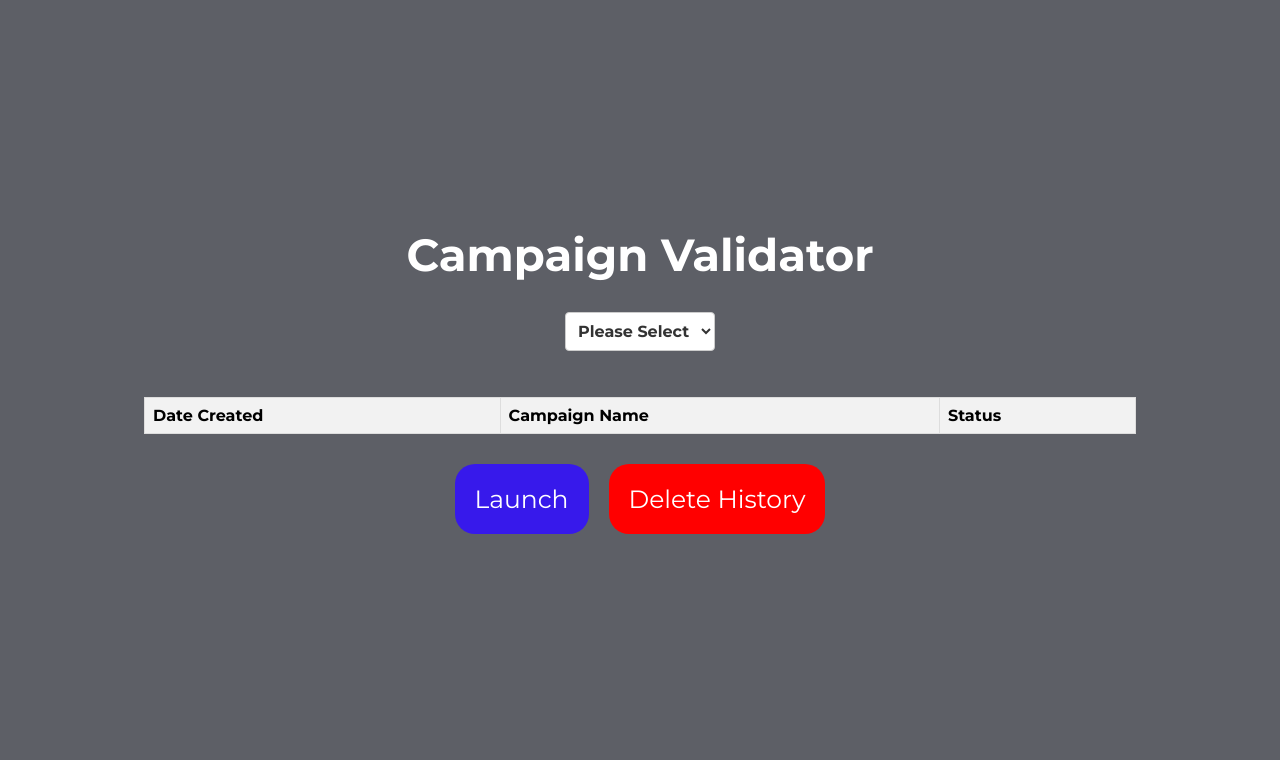
Repository: AbApin/project
Page: / (app in frontend/)
The author's editor kept a copy of each file at every save. The page is drawn from the files as they stood at one save, then again after the next save.
The browser window is 1280 px wide. The pictures show the whole page.
The page's requests for data from a server got no answer. The project was rebuilt for these pictures with package versions that can differ from the ones it lists, and the page was loaded fresh each time. No one was signed in, and anything a server would have sent is missing. Also part of the build but not shown: frontend/vue.config.js.

Above is the page before, as saved 2023-02-22 13:23:30.

After the next save:
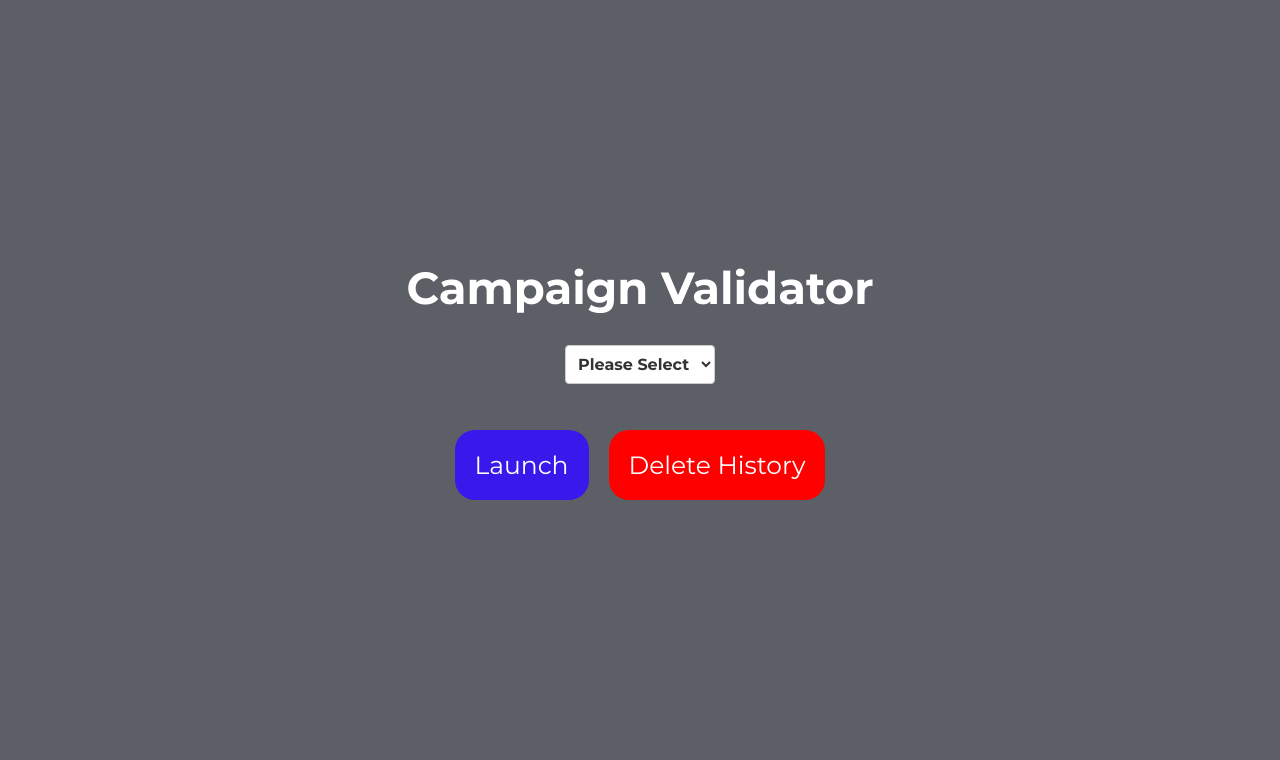
Saved 9 s later.
--- a/frontend/src/App.vue
+++ b/frontend/src/App.vue
@@ -2,24 +2,7 @@
   <div id="app">
     <h1 class="appTitle">Campaign Validator</h1>
     <CampaignList @selected-campaign="handleCampaignSelected" />
-    <table>
-      <thead>
-        <tr>
-          <th>Date Created</th>
-          <th>Campaign Name</th>
-          <th>Status</th>
-        </tr>
-      </thead>
-      <tbody>
-        <tr v-for="test in tests" :key="test.id">
-          <td>{{ test.date }}</td>
-          <td>{{ test.campaign }}</td>
-          <td :class="test.status ? 'status-passed' : 'status-failed'">
-            {{ test.status ? 'Passed' : 'Failed' }}
-          </td>
-        </tr>
-      </tbody>
-    </table>
+
     <div class="btnsContainer">
       <button class="launchBtn" @click="createTest">launch</button>
       <button class="deleteBtn" @click="deleteHistory">delete history</button>
